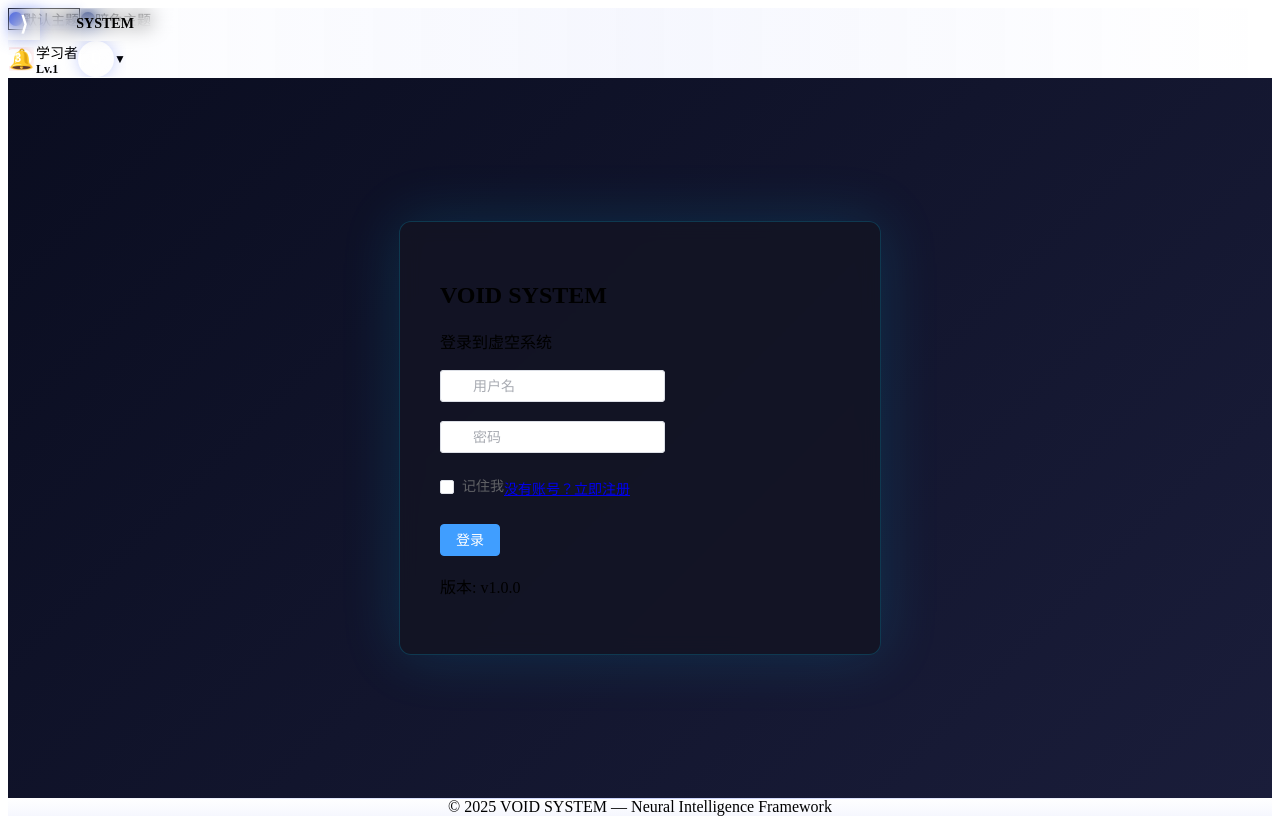
Repository: Void-Creator-Deity/Void-System
Page: /settings (app in void-system-frontend/)
The author's editor kept a copy of each file at every save. The page is drawn from the files as they stood at one save, then again after the next save.
The browser window is 1280 px wide. The pictures show the whole page.
The project was rebuilt for these pictures with package versions that can differ from the ones it lists, and the page was loaded fresh each time. Also part of the build but not shown: void-system-frontend/vite.config.js.

Above is the page before, as saved 2025-11-20 20:49:00.

### void-system-frontend/index.html
<!doctype html>
<html lang="en">
  <head>
    <meta charset="UTF-8" />
    <link rel="icon" type="image/svg+xml" href="/vite.svg" />
    <meta name="viewport" content="width=device-width, initial-scale=1.0" />
    <title>void-system-frontend</title>
  </head>
  <body>
    <div id="app"></div>
    <script type="module" src="/src/main.js"></script>
  </body>
</html>

### void-system-frontend/src/App.vue
<template>
  <div id="app">
    <!-- 加载遮罩 -->
    <div v-if="isLoading" class="loading-overlay">
      <div class="loading"></div>
      <div class="loading-text">系统初始化中...</div>
    </div>

    <!-- 主题切换按钮 -->
    <div class="theme-switcher">
      <button
        v-for="theme in themes"
        :key="theme.id"
        class="theme-btn"
        :class="{ active: currentTheme === theme.id }"
        :style="{ '--theme-color': theme.color }"
        @click="switchTheme(theme.id)"
        :title="theme.name"
      >
        <span class="theme-dot"></span>
        <span class="theme-name">{{ theme.name }}</span>
      </button>
    </div>

    <!-- 系统顶栏 -->
    <header class="header">
      <div class="container flex items-center justify-between">
        <div class="logo-area flex items-center gap-md">
          <div class="logo">
            <span class="logo-symbol">⟩</span>
          </div>
          <h1 class="system-title">
            <span class="title-void">VOID</span>
            <span class="title-system">SYSTEM</span>
          </h1>
        </div>
        <!-- 桌面端导航 -->
        <nav class="nav-links flex gap-md">
          <NavItem to="/" icon="🏠">首页</NavItem>
          <NavItem to="/ai" icon="⌨️">AI控制台</NavItem>
          <NavItem to="/advisor" icon="🧠">学习顾问</NavItem>
          <NavItem to="/qa" icon="❓">知识问答</NavItem>
          <NavItem to="/settings" icon="⚙️">系统设置</NavItem>
        </nav>

        <!-- 移动端菜单按钮 -->
        <button class="mobile-menu-btn" @click="toggleMobileMenu">
          <span class="menu-icon">☰</span>
        </button>

        <!-- 用户信息 -->
        <div class="user-area flex items-center gap-md">
          <!-- 通知中心 -->
          <div class="notification-center">
            <button class="notification-btn" @click="handleNotificationClick">
              <span class="notification-icon">🔔</span>
              <span v-if="notificationCount > 0" class="notification-badge">{{ notificationCount }}</span>
            </button>
          </div>

          <!-- 用户信息 -->
          <div class="user-profile flex items-center gap-sm">
            <div class="user-details">
              <div class="user-name">{{ userName }}</div>
              <div class="user-level">Lv.{{ userLevel }}</div>
            </div>
            <div class="user-avatar">
              <span>{{ userAvatar }}</span>
            </div>
            <button class="user-menu-btn" @click="toggleUserMenu">
              <span>▼</span>
            </button>
          </div>

          <!-- 用户下拉菜单 -->
          <div v-if="showUserMenu" class="user-dropdown">
            <div class="dropdown-item" @click="goToProfile">个人资料</div>
            <div class="dropdown-item" @click="goToSettings">系统设置</div>
            <div class="dropdown-divider"></div>
            <div class="dropdown-item logout" @click="logout">退出登录</div>
          </div>
        </div>
      </div>
    </header>

    <!-- 主界面内容区 -->
    <main class="main">
      <div class="container">
        <RouterView />
      </div>
    </main>

    <!-- 底部系统信息栏 -->
    <footer class="footer">
      <div class="container">
        <div class="system-info">
          <div class="copyright text-center text-sm text-muted">
            © {{ new Date().getFullYear() }} VOID SYSTEM — Neural Intelligence Framework
          </div>
        </div>
      </div>
    </footer>

    <!-- 移动端导航菜单 -->
    <div v-if="showMobileMenu" class="mobile-nav-overlay">
      <div class="mobile-nav">
        <button class="mobile-close-btn" @click="toggleMobileMenu">×</button>
        <div class="mobile-nav-links flex flex-col gap-lg">
          <NavItem to="/" icon="🏠" @click="toggleMobileMenu">首页</NavItem>
          <NavItem to="/ai" icon="⌨️" @click="toggleMobileMenu">AI控制台</NavItem>
          <NavItem to="/advisor" icon="🧠" @click="toggleMobileMenu">学习顾问</NavItem>
          <NavItem to="/qa" icon="❓" @click="toggleMobileMenu">知识问答</NavItem>
          <NavItem to="/settings" icon="⚙️" @click="toggleMobileMenu">系统设置</NavItem>
        </div>
      </div>
    </div>
  </div>
</template>

<script setup>
import { RouterLink, RouterView, useRouter } from 'vue-router'
import { ref, onMounted } from 'vue'

// 导航项组件
import { h } from 'vue'
const router = useRouter()

// 状态管理
const isLoading = ref(false)
const showMobileMenu = ref(false)
const showUserMenu = ref(false)
const notificationCount = ref(3)
const userName = ref('学习者')
const userLevel = ref(1)
const userAvatar = ref('U')
const currentTheme = ref('default')

// 可用主题列表
const themes = [
  { id: 'default', name: '默认主题', color: '#4361ee' },
  { id: 'dark', name: '暗色主题', color: '#1e3a8a' }
]

// 导航项组件增强
const NavItem = (props, { slots, emit }) => {
  return h(RouterLink,
    {
      to: props.to,
      class: 'nav-item',
      custom: true,
      vSlots: {
        default: ({ isActive }) => h('div',
          {
            class: ['nav-link', isActive ? 'active' : ''],
            onClick: () => props.onClick && props.onClick()
          },
          [
            h('span', { class: 'nav-icon' }, props.icon),
            h('span', { class: 'nav-text' }, slots.default()),
            isActive ? h('div', { class: 'nav-indicator' }) : null
          ]
        )
      }
    }
  )
}
NavItem.props = ['to', 'icon', 'onClick']

// 方法定义
const switchTheme = (themeId) => {
  currentTheme.value = themeId
  // 更新body的data-theme属性
  if (themeId === 'default') {
    document.body.removeAttribute('data-theme')
  } else {
    document.body.setAttribute('data-theme', themeId)
  }
  // 保存到localStorage以便下次加载时使用
  localStorage.setItem('void-system-theme', themeId)
}

const toggleMobileMenu = () => {
  showMobileMenu.value = !showMobileMenu.value
}

const toggleUserMenu = () => {
  showUserMenu.value = !showUserMenu.value
}

const handleNotificationClick = () => {
  // 处理通知点击逻辑
  notificationCount.value = 0
}

const goToProfile = () => {
  showUserMenu.value = false
  // 跳转到个人资料页面
}

const goToSettings = () => {
  showUserMenu.value = false
  router.push('/settings')
}

const logout = () => {
  showUserMenu.value = false
  // 处理退出登录逻辑
  router.push('/login')
}

// 生命周期钩子
onMounted(() => {
  // 从localStorage加载主题设置
  const savedTheme = localStorage.getItem('void-system-theme')
  if (savedTheme) {
    switchTheme(savedTheme)
  }

  // 模拟加载完成
  setTimeout(() => {
    isLoading.value = false
  }, 500)
})
</script>

<style scoped>
/* 加载遮罩 - 游戏化启动效果 */
.loading-overlay {
  position: fixed;
  top: 0;
  left: 0;
  right: 0;
  bottom: 0;
  background-color: var(--color-bg-primary);
  background-image: radial-gradient(circle at center, rgba(67, 97, 238, 0.1) 0%, transparent 70%);
  display: flex;
  flex-direction: column;
  align-items: center;
  justify-content: center;
  gap: var(--spacing-lg);
  z-index: 9999;
}

.loading {
  width: 60px;
  height: 60px;
  border: 4px solid var(--color-bg-tertiary);
  border-top-color: var(--color-primary);
  border-radius: 50%;
  animation: spin 1s linear infinite;
  box-shadow: 0 0 20px rgba(67, 97, 238, 0.3);
}

.loading-text {
  color: var(--color-text-primary);
  font-weight: 600;
  font-size: 1.125rem;
  background: linear-gradient(90deg, var(--color-primary-light), var(--color-secondary));
  -webkit-background-clip: text;
  -webkit-text-fill-color: transparent;
  background-clip: text;
  animation: pulse 2s ease-in-out infinite;
}

/* 主题切换器 - 游戏化设计 */
.theme-switcher {
  position: fixed;
  top: var(--spacing-lg);
  right: var(--spacing-lg);
  z-index: 100;
  display: flex;
  gap: var(--spacing-sm);
  background-color: var(--color-bg-secondary);
  border: 1px solid var(--color-border-light);
  border-radius: var(--radius-lg);
  padding: var(--spacing-xs);
  box-shadow: var(--shadow-md), var(--shadow-glow);
}

.theme-btn {
  display: flex;
  align-items: center;
  gap: var(--spacing-xs);
  padding: var(--spacing-xs) var(--spacing-sm);
  border: 1px solid transparent;
  border-radius: var(--radius-md);
  background: transparent;
  color: var(--color-text-primary);
  cursor: pointer;
  transition: all var(--transition-fast);
  position: relative;
  overflow: hidden;
}

.theme-btn::before {
  content: '';
  position: absolute;
  top: 0;
  left: -100%;
  width: 100%;
  height: 100%;
  background: linear-gradient(90deg, transparent, rgba(255, 255, 255, 0.1), transparent);
  transition: left var(--transition-normal);
}

.theme-btn:hover::before {
  left: 100%;
}

.theme-btn:hover {
  background-color: var(--color-bg-tertiary);
}

.theme-btn.active {
  background-color: var(--color-bg-tertiary);
  border-color: var(--color-primary);
  box-shadow: 0 0 10px rgba(67, 97, 238, 0.2);
}

.theme-dot {
  width: 14px;
  height: 14px;
  border-radius: 50%;
  background-color: var(--theme-color);
  box-shadow: 0 0 8px var(--theme-color);
}

.theme-name {
  font-size: 0.875rem;
  font-weight: 500;
}

/* 顶栏样式 - 游戏化界面 */
.header {
  background-color: var(--color-bg-primary);
  background-image: linear-gradient(to right, transparent, rgba(67, 97, 238, 0.05), transparent);
  border-bottom: 1px solid var(--color-border-light);
  padding: var(--spacing-md) 0;
  position: sticky;
  top: 0;
  z-index: 100;
  backdrop-filter: blur(10px);
}

.logo-area {
  display: flex;
  align-items: center;
  gap: var(--spacing-md);
}

.logo {
  width: 44px;
  height: 44px;
  border-radius: var(--radius-md);
  background: linear-gradient(135deg, var(--color-primary), var(--color-primary-dark));
  display: flex;
  align-items: center;
  justify-content: center;
  color: white;
  font-size: 1.625rem;
  font-weight: bold;
  box-shadow: 0 0 15px rgba(67, 97, 238, 0.3);
  position: relative;
  overflow: hidden;
}

.logo::before {
  content: '';
  position: absolute;
  top: 0;
  left: -100%;
  width: 100%;
  height: 100%;
  background: linear-gradient(90deg, transparent, rgba(255, 255, 255, 0.2), transparent);
  animation: logoShine 3s linear infinite;
}

@keyframes logoShine {
  0% { left: -100%; }
  100% { left: 100%; }
}

.system-title {
  font-size: 1.375rem;
  font-weight: 700;
  display: flex;
  gap: var(--spacing-xs);
  margin: 0;
  position: relative;
}

.title-void {
  background: linear-gradient(90deg, var(--color-primary-light), var(--color-primary));
  -webkit-background-clip: text;
  -webkit-text-fill-color: transparent;
  background-clip: text;
  text-shadow: 0 0 10px rgba(67, 97, 238, 0.2);
}

.title-system {
  color: var(--color-text-secondary);
  font-weight: 600;
}

/* 导航样式 - 游戏化菜单项 */
.nav-links {
  display: flex;
  gap: var(--spacing-sm);
}

.nav-link {
  display: flex;
  align-items: center;
  gap: var(--spacing-xs);
  padding: var(--spacing-sm) var(--spacing-md);
  color: var(--color-text-secondary);
  text-decoration: none;
  border-radius: var(--radius-md);
  transition: all var(--transition-fast);
  position: relative;
  overflow: hidden;
  border: 1px solid transparent;
}

.nav-link::before {
  content: '';
  position: absolute;
  top: 0;
  left: -100%;
  width: 100%;
  height: 100%;
  background: linear-gradient(90deg, transparent, rgba(67, 97, 238, 0.1), transparent);
  transition: left var(--transition-normal);
}

.nav-link:hover::before {
  left: 100%;
}

.nav-link:hover {
  background-color: var(--color-bg-secondary);
  color: var(--color-text-primary);
  border-color: var(--color-border-light);
}

.nav-link.active {
  color: var(--color-primary);
  background-color: rgba(67, 97, 238, 0.08);
  border-color: rgba(67, 97, 238, 0.3);
}

.nav-link.active .nav-indicator {
  position: absolute;
  bottom: 0;
  left: 0;
  width: 100%;
  height: 2px;
  background: linear-gradient(90deg, var(--color-primary-light), var(--color-primary));
  border-radius: var(--radius-full);
  animation: navIndicatorGlow 2s ease-in-out infinite;
}

@keyframes navIndicatorGlow {
  0%, 100% { opacity: 0.8; }
  50% { opacity: 1; box-shadow: 0 0 10px rgba(67, 97, 238, 0.5); }
}

.nav-icon {
  font-size: 1.25rem;
  transition: transform var(--transition-fast);
}

.nav-link:hover .nav-icon {
  transform: scale(1.1);
}

.nav-text {
  font-weight: 500;
}

/* 用户区域 - 游戏化用户面板 */
.user-area {
  display: flex;
  align-items: center;
  gap: var(--spacing-md);
}

.notification-btn {
  position: relative;
  background: transparent;
  border: 1px solid transparent;
  font-size: 1.25rem;
  cursor: pointer;
  padding: var(--spacing-sm);
  border-radius: var(--radius-md);
  transition: all var(--transition-fast);
  position: relative;
  overflow: hidden;
}

.notification-btn::before {
  content: '';
  position: absolute;
  top: 0;
  left: -100%;
  width: 100%;
  height: 100%;
  background: linear-gradient(90deg, transparent, rgba(255, 255, 255, 0.1), transparent);
  transition: left var(--transition-normal);
}

.notification-btn:hover::before {
  left: 100%;
}

.notification-btn:hover {
  background-color: var(--color-bg-secondary);
  border-color: var(--color-border-light);
  transform: scale(1.05);
}

.notification-badge {
  position: absolute;
  top: 2px;
  right: 2px;
  min-width: 18px;
  height: 18px;
  padding: 0 5px;
  background: linear-gradient(135deg, var(--color-error), #dc2626);
  color: white;
  font-size: 0.75rem;
  font-weight: 600;
  border-radius: 9px;
  display: flex;
  align-items: center;
  justify-content: center;
  box-shadow: 0 0 10px rgba(239, 68, 68, 0.3);
  animation: pulse 2s ease-in-out infinite;
}

.user-profile {
  display: flex;
  align-items: center;
  gap: var(--spacing-sm);
  padding: var(--spacing-xs);
  border-radius: var(--radius-md);
  cursor: pointer;
  transition: all var(--transition-fast);
  border: 1px solid transparent;
  position: relative;
  overflow: hidden;
}

.user-profile::before {
  content: '';
  position: absolute;
  top: 0;
  left: -100%;
  width: 100%;
  height: 100%;
  background: linear-gradient(90deg, transparent, rgba(255, 255, 255, 0.1), transparent);
  transition: left var(--transition-normal);
}

.user-profile:hover::before {
  left: 100%;
}

.user-profile:hover {
  background-color: var(--color-bg-secondary);
  border-color: var(--color-border-light);
}

.user-details {
  display: flex;
  flex-direction: column;
}

.user-name {
  font-weight: 500;
  color: var(--color-text-primary);
  font-size: 0.875rem;
}

.user-level {
  font-size: 0.75rem;
  color: var(--color-primary);
  font-weight: 600;
  text-shadow: 0 0 5px rgba(67, 97, 238, 0.2);
}

.user-avatar {
  width: 36px;
  height: 36px;
  border-radius: 50%;
  background: linear-gradient(135deg, var(--color-primary), var(--color-secondary));
  color: white;
  display: flex;
  align-items: center;
  justify-content: center;
  font-weight: 600;
  font-size: 1rem;
  box-shadow: 0 0 15px rgba(67, 97, 238, 0.3);
  position: relative;
  overflow: hidden;
}

.user-avatar::after {
  content: '';
  position: absolute;
  top: 0;
  left: 0;
  right: 0;
  bottom: 0;
  background: linear-gradient(135deg, transparent, rgba(255, 255, 255, 0.2), transparent);
}

.user-menu-btn {
  background: transparent;
  border: none;
  font-size: 0.75rem;
  color: var(--color-text-muted);
  cursor: pointer;
  padding: var(--spacing-xs);
  transition: all var(--transition-fast);
}

.user-menu-btn:hover {
  color: var(--color-text-primary);
  transform: translateY(1px);
}

/* 用户下拉菜单 - 游戏化菜单设计 */
.user-dropdown {
  position: absolute;
  top: calc(100% + var(--spacing-sm));
  right: var(--spacing-md);
  background-color: var(--color-bg-secondary);
  border: 1px solid var(--color-border-light);
  border-radius: var(--radius-lg);
  box-shadow: var(--shadow-lg), 0 0 15px rgba(0, 0, 0, 0.1);
  padding: var(--spacing-xs) 0;
  min-width: 180px;
  z-index: 101;
  position: relative;
  overflow: hidden;
}

.user-dropdown::before {
  content: '';
  position: absolute;
  top: 0;
  left: 0;
  right: 0;
  height: 2px;
  background: linear-gradient(90deg, var(--color-primary), var(--color-secondary));
}

.dropdown-item {
  padding: var(--spacing-sm) var(--spacing-md);
  color: var(--color-text-primary);
  cursor: pointer;
  transition: all var(--transition-fast);
  position: relative;
  overflow: hidden;
  font-size: 0.875rem;
}

.dropdown-item::before {
  content: '';
  position: absolute;
  top: 0;
  left: -100%;
  width: 100%;
  height: 100%;
  background: linear-gradient(90deg, transparent, rgba(67, 97, 238, 0.1), transparent);
  transition: left var(--transition-normal);
}

.dropdown-item:hover::before {
  left: 100%;
}

.dropdown-item:hover {
  background-color: var(--color-bg-tertiary);
  transform: translateX(3px);
}

.dropdown-divider {
  height: 1px;
  background-color: var(--color-border);
  margin: var(--spacing-xs) 0;
}

.dropdown-item.logout {
  color: var(--color-error);
  font-weight: 500;
}

.dropdown-item.logout:hover {
  background-color: rgba(239, 68, 68, 0.1);
}

/* 移动端菜单按钮 */
.mobile-menu-btn {
  display: none;
  background: transparent;
  border: none;
  font-size: 1.5rem;
  cursor: pointer;
  padding: var(--spacing-sm);
  border-radius: var(--radius-md);
  transition: background-color var(--transition-fast);
}

.mobile-menu-btn:hover {
  background-color: var(--color-bg-secondary);
}

/* 主内容区 - 游戏化内容区域 */
.main {
  flex: 1;
  padding: var(--spacing-xl) 0;
  background: linear-gradient(180deg, transparent 0%, rgba(67, 97, 238, 0.03) 100%);
  position: relative;
  overflow: hidden;
}

.main::before {
  content: '';
  position: absolute;
  top: 0;
  left: 0;
  right: 0;
  bottom: 0;
  background-image:
    radial-gradient(circle at 20% 30%, rgba(67, 97, 238, 0.05) 0%, transparent 40%),
    radial-gradient(circle at 80% 70%, rgba(67, 97, 238, 0.05) 0%, transparent 40%);
  pointer-events: none;
}

/* 底部样式 - 游戏化界面 */
.footer {
  background-color: var(--color-bg-primary);
  background-image: linear-gradient(to top, rgba(67, 97, 238, 0.05), transparent);
  border-top: 1px solid var(--color-border-light);
  padding: var(--spacing-lg) 0;
  position: relative;
  overflow: hidden;
}

.footer::before {
  content: '';
  position: absolute;
  top: 0;
  left: 0;
  right: 0;
  height: 1px;
  background: linear-gradient(90deg, transparent, rgba(67, 97, 238, 0.3), transparent);
}

.system-info {
  text-align: center;
}

/* 游戏化数据卡片效果 */
.stat-card {
  background: linear-gradient(135deg, var(--color-bg-secondary) 0%, var(--color-bg-tertiary) 100%);
  border: 1px solid var(--color-border-light);
  border-radius: var(--radius-lg);
  padding: var(--spacing-lg);
  transition: all var(--transition-normal);
  position: relative;
  overflow: hidden;
  box-shadow: var(--shadow-md);
}

.stat-card::before {
  content: '';
  position: absolute;
  top: 0;
  left: 0;
  right: 0;
  height: 3px;
  background: linear-gradient(90deg, var(--color-primary), var(--color-secondary));
}

.stat-card:hover {
  transform: translateY(-5px);
  box-shadow: var(--shadow-lg), 0 0 20px rgba(67, 97, 238, 0.1);
  border-color: rgba(67, 97, 238, 0.3);
}

.stat-icon {
  width: 48px;
  height: 48px;
  border-radius: var(--radius-md);
  background: linear-gradient(135deg, var(--color-primary-light), var(--color-primary));
  display: flex;
  align-items: center;
  justify-content: center;
  font-size: 1.5rem;
  color: white;
  box-shadow: 0 0 15px rgba(67, 97, 238, 0.2);
  margin-bottom: var(--spacing-md);
}

.stat-value {
  font-size: 1.75rem;
  font-weight: 700;
  color: var(--color-text-primary);
  margin-bottom: var(--spacing-xs);
}

.stat-label {
  font-size: 0.875rem;
  color: var(--color-text-secondary);
}

.stat-change {
  font-size: 0.75rem;
  font-weight: 500;
  padding: 2px 6px;
  border-radius: var(--radius-sm);
  display: inline-flex;
  align-items: center;
  gap: 2px;
}

.stat-change.positive {
  background-color: rgba(34, 197, 94, 0.1);
  color: var(--color-success);
}

.stat-change.negative {
  background-color: rgba(239, 68, 68, 0.1);
  color: var(--color-error);
}

/* 移动端导航覆盖 */
.mobile-nav-overlay {
  position: fixed;
  top: 0;
  left: 0;
  right: 0;
  bottom: 0;
  background-color: rgba(0, 0, 0, 0.5);
  z-index: 200;
  display: flex;
  align-items: center;
  justify-content: center;
}

.mobile-nav {
  background-color: var(--color-bg-primary);
  border-radius: var(--radius-lg);
  padding: var(--spacing-lg);
  width: 90%;
  max-width: 400px;
  max-height: 80vh;
  overflow-y: auto;
  position: relative;
}

.mobile-close-btn {
  position: absolute;
  top: var(--spacing-md);
  right: var(--spacing-md);
  background: transparent;
  border: none;
  font-size: 1.5rem;
  cursor: pointer;
  padding: var(--spacing-xs);
  border-radius: var(--radius-md);
  transition: background-color var(--transition-fast);
}

.mobile-close-btn:hover {
  background-color: var(--color-bg-secondary);
}

.mobile-nav-links {
  margin-top: var(--spacing-lg);
}

.mobile-nav-links .nav-link {
  padding: var(--spacing-md);
  font-size: 1.125rem;
}

/* 响应式设计 - 游戏化界面适配 */
@media (max-width: 768px) {
  .nav-links {
    display: none;
  }

  .mobile-menu-btn {
    display: block;
  }

  /* 游戏化元素缩放 */
  .logo {
    width: 40px;
    height: 40px;
    font-size: 1.5rem;
  }

  .system-title {
    font-size: 1.25rem;
  }
}

@media (max-width: 480px) {
  .logo-area {
    gap: var(--spacing-sm);
  }

  .system-title {
    font-size: 1rem;
  }

  .user-details {
    display: none;
  }

  .theme-switcher {
    top: var(--spacing-md);
    right: var(--spacing-md);
  }

  .theme-name {
    display: none;
  }

  .main {
    padding: var(--spacing-lg) 0;
  }

  /* 移动端游戏化效果 */
  .stat-card {
    padding: var(--spacing-md);
  }

  .stat-icon {
    width: 40px;
    height: 40px;
    font-size: 1.25rem;
  }

  .stat-value {
    font-size: 1.5rem;
  }

  .header {
    padding: var(--spacing-sm) 0;
  }

  .logo {
    width: 32px;
    height: 32px;
    font-size: 1.25rem;
  }

  .system-title {
    font-size: 0.875rem;
  }

  .main {
    padding: var(--spacing-md) 0;
  }

  /* 移动端优化 */
  .mobile-nav-icon {
    font-size: 1.25rem;
  }

  .notification-btn, .user-menu-btn {
    padding: var(--spacing-xs);
  }
}
  .header {
    padding: var(--spacing-sm) 0;
  }

  .logo {
    width: 32px;
    height: 32px;
    font-size: 1.25rem;
  }

  .system-title {
    font-size: 0.875rem;
  }

  .main {
    padding: var(--spacing-md) 0;
  }

  /* 移动端优化 */
  .mobile-nav-icon {
    font-size: 1.25rem;
  }

  .notification-btn, .user-menu-btn {
    padding: var(--spacing-xs);
  }


/* 平滑滚动效果 */
html {
  scroll-behavior: smooth;
}

/* 选择文本样式 */
::selection {
  background-color: rgba(67, 97, 238, 0.2);
  color: var(--color-primary);
}

/* 焦点状态样式 */
button:focus,
a:focus,
input:focus,
textarea:focus,
select:focus {
  outline: 2px solid var(--color-primary);
  outline-offset: 2px;
  box-shadow: 0 0 0 4px rgba(67, 97, 238, 0.1);
}
</style>

Loaded but not shown: void-system-frontend/src/api/user.js (87 lines, source omitted); void-system-frontend/src/router/index.js (83 lines, source omitted); void-system-frontend/src/main.js (19 lines, source omitted); void-system-frontend/src/api/index.js (11 lines, source omitted); void-system-frontend/src/pages/Login.vue (147 lines, source omitted)

After the next save:
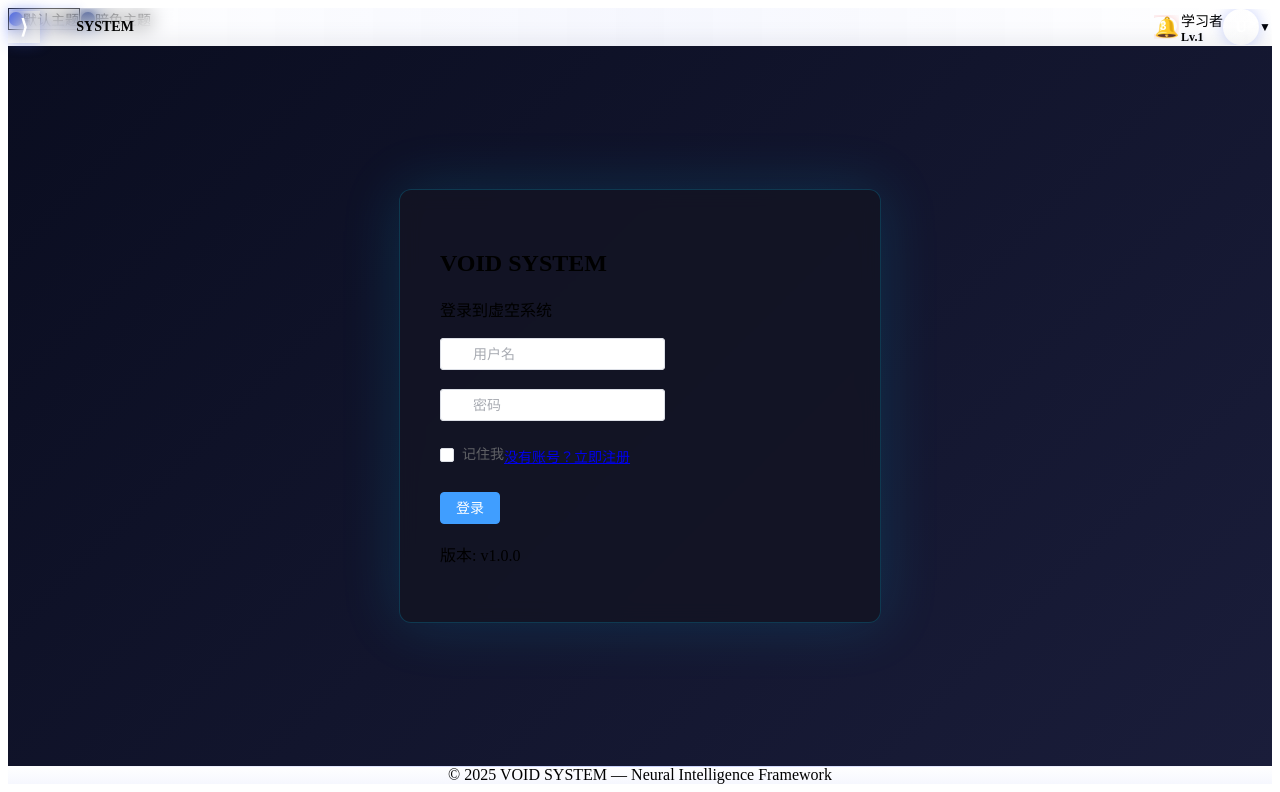
Saved 6 s later.
--- a/void-system-frontend/src/App.vue
+++ b/void-system-frontend/src/App.vue
@@ -24,7 +24,7 @@
 
     <!-- 系统顶栏 -->
     <header class="header">
-      <div class="container flex items-center justify-between">
+      <div class="container" style="display: flex; align-items: center; justify-content: space-between;">
         <div class="logo-area flex items-center gap-md">
           <div class="logo">
             <span class="logo-symbol">⟩</span>
